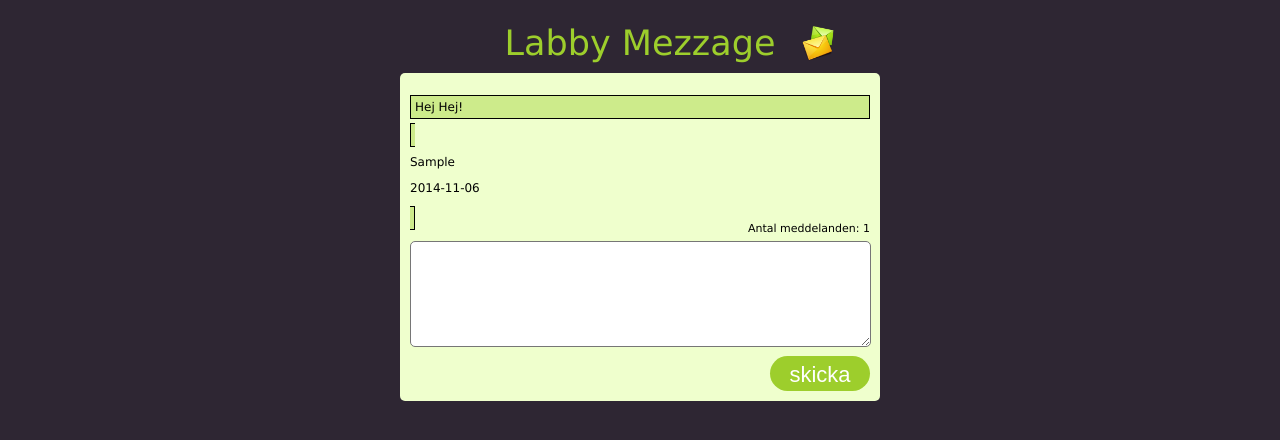
Repository: ad222kr/1dv403-laborationer
Page: 2-labbymezzage/index.html
The author's editor kept a record of every edit. The page is drawn from the files as they stood at one moment, then again after the next edit.
The browser window is 1280 px wide. The pictures show the whole page.
Empty fields were first filled with sample values (such as "Sample", 5 or name@example.com).
After loading, the first visible `#button` was clicked once.

Above is the page before.

### 2-labbymezzage/index.html
<!DOCTYPE HTML>
<html lang="sv">
    <head>
        <meta charset="UTF-8" />
        <title>Laboration 2 - Labby Mezzage!</title>
        <link rel="stylesheet" href="css/style.css" />
        <script src="js/Message.js"></script>
        <script src="js/MessageBoard.js"></script>

    </head>

    <body>
        <div id ="container">
            <header><h1>Labby Mezzage</h1></header>
            <div id="content">
                <div id="messages"><p class="message">Hej Hej!</p></div>

                <div id="numberofmess"><p>Antal meddelanden: 1</p></div>
                <form id="form">
                    <textarea id="textarea" name="textarea"></textarea>
                <button id="button" type="button">skicka</button>
                </form>





            </div>
        </div>

    </body>
</html>

### 2-labbymezzage/css/style.css
body{
    background-color: #2E2633; /* Ändra sen */
    font-family: Verdana, Helvetica;

}

h1{

    color:#9dce2c;
    font-size: 35px;
    font-weight: normal;
}
p{
    color: black;
}

header{
    background-image: url("pics/logo.png");
    background-size: 35px 35px;
    background-repeat: no-repeat;
    background-position: 90%;
    text-align: center;
    height: 40px;
    line-height: 40px;
    margin-bottom:10px;
}

#container{
    width: 480px;
    margin: 0px auto;
}

#content{
    background: #EFFFCD;
    border-color: #000000;
    padding: 10px;
    border-radius: 5px;
    -webkit-border-radius: 5px;
    -moz-border-radius: 5px;


}

#content textarea{
    width: 455px;
    height: 100px;
    -webkit-border-radius: 5px;
    -moz-border-radius: 5px;
    border-radius: 5px;
    margin-top:20px;
}

#button{
    border: 0px;
	background-color:#9dce2c;
	-webkit-border-top-left-radius:42px;
	-moz-border-radius-topleft:42px;
	border-top-left-radius:42px;
	-webkit-border-top-right-radius:42px;
	-moz-border-radius-topright:42px;
	border-top-right-radius:42px;
	-webkit-border-bottom-right-radius:42px;
	-moz-border-radius-bottomright:42px;
	border-bottom-right-radius:42px;
	-webkit-border-bottom-left-radius:42px;
	-moz-border-radius-bottomleft:42px;
	border-bottom-left-radius:42px;
	display:inline-block;
	color:#ffffff;
	font-size:22px;
	font-weight:normal;
	font-style:normal;
	height:35px;
	line-height:35px;
	width:100px;
	text-decoration:none;
	text-align:center;
	margin-left: 360px;
	margin-top: 5px;
}

#button:hover{
    background:-webkit-gradient( linear, left top, left bottom, color-stop(0.05, #8cb82b), color-stop(1, #9dce2c) );
	background:-moz-linear-gradient( center top, #8cb82b 5%, #9dce2c 100% );
	background-color:#8cb82b;
}

#button:active{
    position: relative;
    top: 1px;
}

#numberofmess{
    color: black;
    font-size: 11px;
    float: right;
    margin-bottom: -25px;
}

#messages{
    margin-bottom: -15px;
}

.message{
    margin-bottom: 5px;
    font-size: 12px;
    border: solid 1px;
    background: #cdeb8b;
    padding: 4px;
}

### 2-labbymezzage/js/Message.js
"use strict";
function Message(message, date){


    this.getText = function(){
        return message;
    };
    this.setText = function(_text){
        message = _text;
    };
    this.getDate = function(){
        return date;
    };
    this.setDate = function(_date){
        date = _date;
    };
}

Message.prototype.getDateText = function(){
    // Hittade på http://stackoverflow.com/a/3067896

    var date = this.getDate();
    var year = date.getFullYear().toString();
    var month = (date.getMonth()+1).toString();
    var day  = date.getDate().toString();
    var dateText = year + "-" + (month.length === 2  ? month : "0" + month[0]) + "-" +(day.length === 2 ? day : "0" + day[0]);
    return dateText;

};
Message.prototype.toString = function(){
    return this.getText() +" (" + this.getDate() + " )";
};
Message.prototype.getHTMLtext = function(){
    var htmlText = this.getText();
    return htmlText.replace(/\n/g, "<br />");
};

### 2-labbymezzage/js/MessageBoard.js
"use strict";
var MessageBoard = {


    messages: [],

    init: function(){

        var button = document.getElementById("button");



        button.addEventListener("click", MessageBoard.createMessage, false);
        button.addEventListener("click", MessageBoard.messageCount, false);

    },

    messageCount: function(){

        var count = MessageBoard.messages.length;
        var div = document.getElementById("numberofmess");
        div.innerHTML = "";
        var text = document.createElement("p");
        text.innerHTML = "Antal meddelanden: " + count;
        div.appendChild(text);

    },

    createMessage: function(){

        var input = document.getElementById("textarea").value;
        var mess = new Message(input, new Date());
        MessageBoard.messages.push(mess);
        MessageBoard.renderMessage(MessageBoard.messages.length - 1);

        document.getElementById("form").reset();
        return false;
    },

    renderMessage: function(messageID){
        // Sätter ref till #messages, skapar p-tag och sätter klass till .message
        var div = document.getElementById("messages");
        var messageDiv = document.createElement("class");
        var text = document.createElement("p");
        var time = document.createElement("p");
        messageDiv.className = "message";
        text.className = "msgtext";
        time.className = "timestamp";
        div.appendChild(messageDiv);
        messageDiv.appendChild(text);
        messageDiv.appendChild(time);


        //Skickar in meddelandet till dokumentet
        text.innerHTML = MessageBoard.messages[messageID].getHTMLtext();
        time.innerHTML = MessageBoard.messages[messageID].getDateText();

    },

    renderMessages: function(){
        // Resettar och skriver ut alla meddelanden
        document.getElementById("messages").innerHTML ="";
        for(var i = 0; i < MessageBoard.messages.length; i++){
            MessageBoard.renderMessage(i);
        }
    }
};

window.onload = MessageBoard.init;

After the next edit:
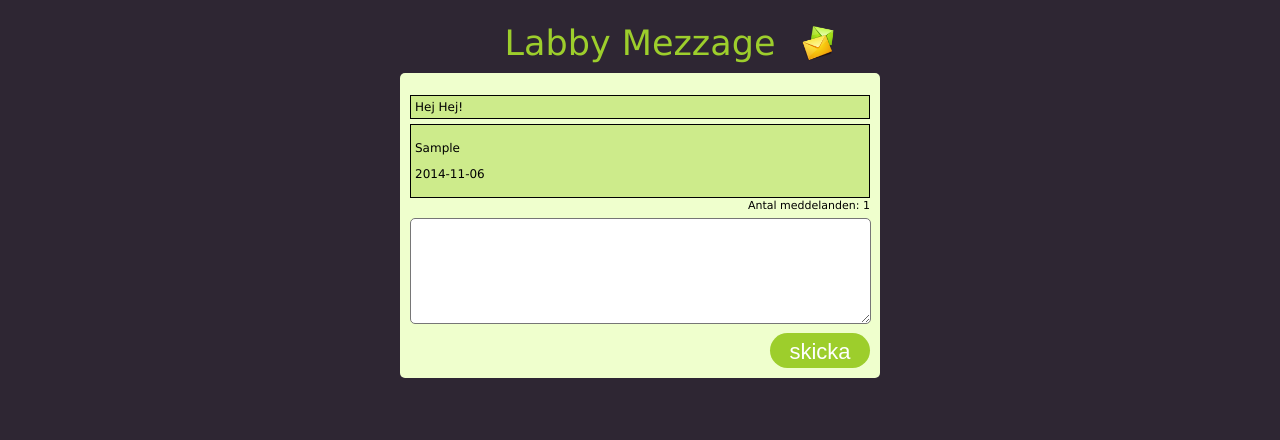
The edit:
--- a/2-labbymezzage/js/MessageBoard.js
+++ b/2-labbymezzage/js/MessageBoard.js
@@ -40,7 +40,7 @@
     renderMessage: function(messageID){
         // Sätter ref till #messages, skapar p-tag och sätter klass till .message
         var div = document.getElementById("messages");
-        var messageDiv = document.createElement("class");
+        var messageDiv = document.createElement("div");
         var text = document.createElement("p");
         var time = document.createElement("p");
         messageDiv.className = "message";
